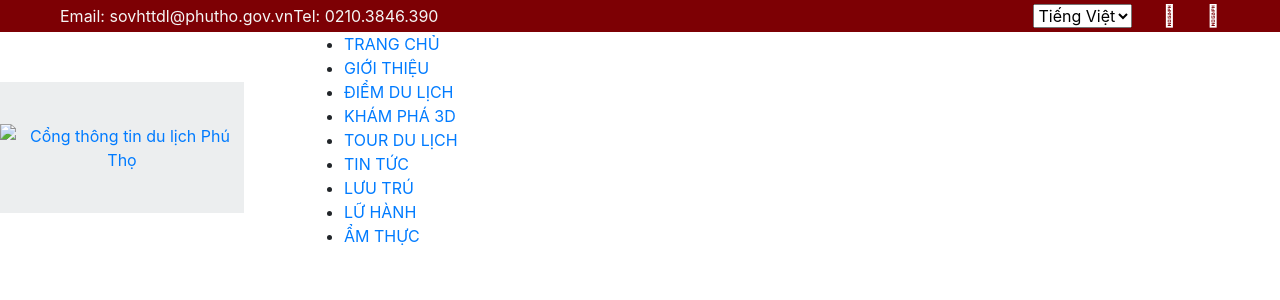
Repository: NgocNB20/Front_end_KLTN
Page: index.html
The author's editor kept a copy of each file at every save. The page is drawn from the files as they stood at one save, then again after the next save.
The browser window is 1280 px wide. The pictures show the whole page.
Some web fonts or font styles are not loaded; a fallback is used. Some web libraries are served in a nearby version.

Above is the page before, as saved 2021-11-28 11:05:51.
Not found: img/logo.png

After the next save:
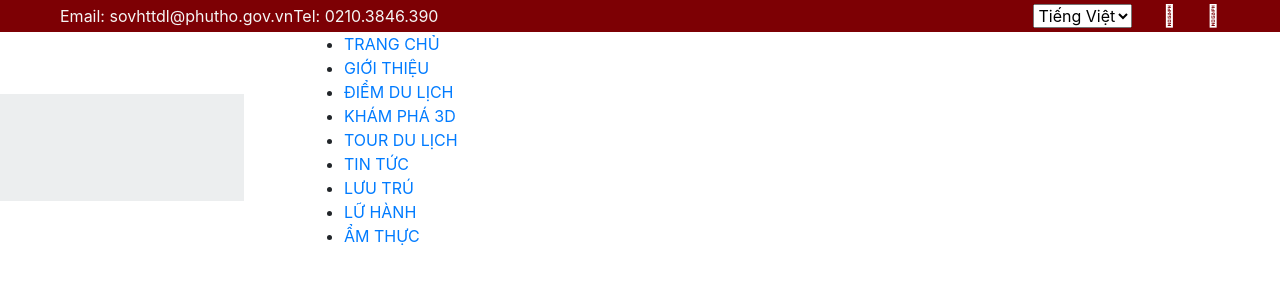
Saved 118 s later.
--- a/index.html
+++ b/index.html
@@ -59,7 +59,7 @@
                     <div class="container">
                         <div class="main-nav__logo-box">
                             <a href="/vi" class="main-nav__logo">
-                                <img src="./img/logo.png" class="main-logo" width="123px" alt="Cổng thông tin du lịch Phú Thọ"></a>
+                                <img src="../../img/logo.png" alt=""class="main-logo" width="123px" alt="Cổng thông tin du lịch Phú Thọ"></a>
                             <a href="#" class="side-menu__toggler"><i class="fa fa-bars"></i></a>
                         </div>
                         <div class="main-nav__main-navigation">

After the save that followed:
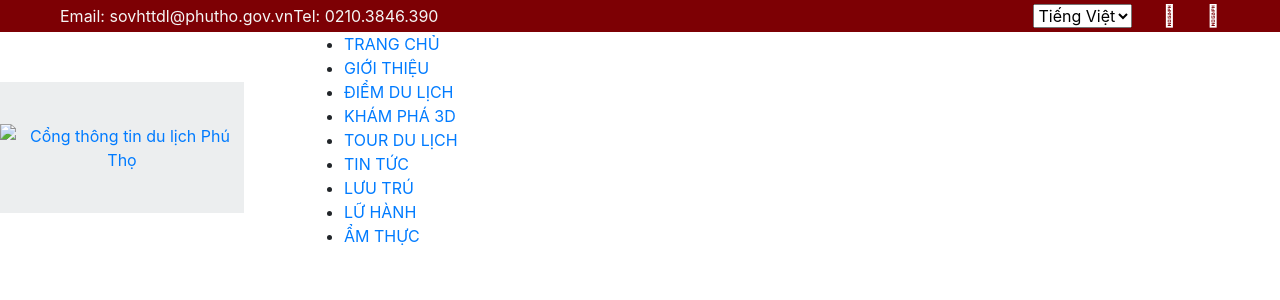
Saved 10 s later.
--- a/index.html
+++ b/index.html
@@ -59,7 +59,7 @@
                     <div class="container">
                         <div class="main-nav__logo-box">
                             <a href="/vi" class="main-nav__logo">
-                                <img src="../../img/logo.png" alt=""class="main-logo" width="123px" alt="Cổng thông tin du lịch Phú Thọ"></a>
+                                <img src="../../img/logo.png" class="main-logo" width="123px" alt="Cổng thông tin du lịch Phú Thọ"></a>
                             <a href="#" class="side-menu__toggler"><i class="fa fa-bars"></i></a>
                         </div>
                         <div class="main-nav__main-navigation">
